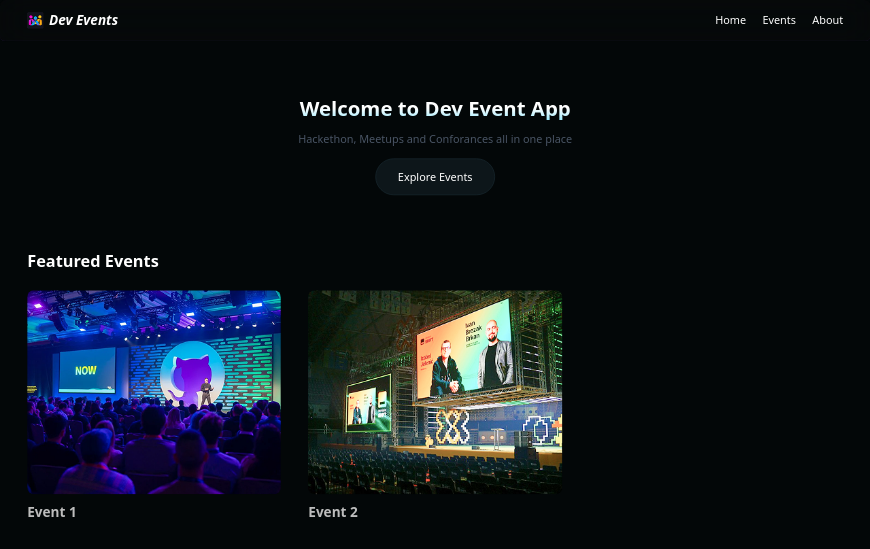
Repository: harshhariyani404/dev-events
Page: /
An editor plug-in stored every save of this project. The page is shown before and after the next save, followed by the edit.
The browser window is 1280 px wide. The pictures show the whole page, at 68% of full size.
The project was rebuilt for these pictures with package versions that can differ from the ones it lists, and the page was loaded fresh each time. The framework's server and built-in components were replaced by stand-ins that run in the browser. Also part of the build but not shown: next.config.ts.

Above is the page before, as saved 2026-02-06 16:00:53.

### app/layout.tsx
import type { Metadata } from "next";
import { Geist, Geist_Mono } from "next/font/google";
import "./globals.css";
import Navbar from "./components/Navbar";

const geistSans = Geist({
  variable: "--font-geist-sans",
  subsets: ["latin"],
});

const geistMono = Geist_Mono({
  variable: "--font-geist-mono",
  subsets: ["latin"],
});

export const metadata: Metadata = {
  title: "Dev Event App",
  description: "Generated by create next app",
};

export default function RootLayout({
  children,
}: Readonly<{
  children: React.ReactNode;
}>) {
  return (
    <html lang="en">
      <body
        className={`${geistSans.variable} ${geistMono.variable} antialiased`}
      >
        <Navbar />
        <main>
          {children}
        </main>

      </body>
    </html>
  );
}

### app/page.tsx
import Exploarbtn from "./components/Exploarbtn";
import EventCard from "./components/EventCard";

const events = [
    {image:'/images/event1.png', title:'Event 1'},
    {image:'/images/event2.png', title:'Event 2'},

]

const page = () => {
  return (
    <section>
      <h1 className="text-3xl font-bold text-center mt-10">Welcome to Dev Event App</h1>
      <p className="text-center mt-4 text-gray-600">Hackethon, Meetups and Conforances all in one place</p>
      <Exploarbtn />
      <div className="mt-20 space-y-7">
        <h3>Featured Events</h3>
        <ul className="events">
          {events.map((event) => (
            <div key={event.title}>
              <EventCard {...event} />
            </div>
          ))}

        </ul>
      </div>
    </section>
  );
}

export default page;

### app/components/Navbar.tsx
import Link from "next/link";
import Image from "next/image";
import logo from '../../public/icons/logo.png';
const Navbar = () => {
  return (
    <header>
        <nav>
            <Link href="/" className="logo">
                <Image src={logo} alt="logo" width={24} height={24} />
                <p>Dev Events</p>
            </Link>
            <ul>
                <Link href="/">Home</Link>
                <Link href="/events">Events</Link>
                <Link href="/about">About</Link>
            </ul>
        </nav>
    </header>
  );
}

export default Navbar;

### app/components/Exploarbtn.tsx
'use client';
import Link from "next/link";
const Exploarbtn = () => {
  return (
    <div>
      <button type="button" id="explore-btn" className="mt-4 mx-auto"  onClick={()=>console.log('hello world')}>
        <Link href='#events'>
            Explore Events
        </Link>
      </button>
    </div>
  );
}

export default Exploarbtn;

### app/components/EventCard.tsx
import Link from "next/link";
import Image from "next/image";
interface Props{
    image:string;
    title:string;
}
const EventCard = ({ title, image }:Props) => {
  return (
    <div>
      <Link href={`/events`} id='event-card'>
        <Image src={image} alt={title} width={400} height={300} className="poster"/>
        <p className="title">{title}</p>
      </Link>
    </div>
  );
}

export default EventCard;

### app/lib/constants.ts
export type EventItems = {
    slug: string;
    image: string;
    title: string;
    location: string;
    date: string;
    time: string;
}


export const events: EventItems[] = [
    {
        slug: "react-conf-2024",
        image: "/images/event1.png",
        title: "React Conf 2024",
        location: "San Francisco, CA",
        date: "March 15, 2024",
        time: "9:00 AM - 6:00 PM",
    },
    {
        slug: "nextjs-summit",
        image: "/images/event2.png",
        title: "Next.js Summit",
        location: "Austin, TX",
        date: "April 22, 2024",
        time: "10:00 AM - 5:00 PM",
    },
    {
        slug: "javascript-world",
        image: "/images/event3.png",
        title: "JavaScript World Conference",
        location: "New York, NY",
        date: "May 8, 2024",
        time: "8:30 AM - 7:00 PM",
    },
    {
        slug: "ai-hackathon-2024",
        image: "/images/event4.png",
        title: "AI Innovation Hackathon",
        location: "Seattle, WA",
        date: "June 14-16, 2024",
        time: "48 Hours",
    },
    {
        slug: "web3-developer-meetup",
        image: "/images/event5.png",
        title: "Web3 Developer Meetup",
        location: "Miami, FL",
        date: "July 20, 2024",
        time: "6:00 PM - 9:00 PM",
    },
    {
        slug: "fullstack-conference",
        image: "/images/event6.png",
        title: "Full Stack Conference",
        location: "Denver, CO",
        date: "August 12, 2024",
        time: "9:00 AM - 6:00 PM",
    },
    {
        slug: "devops-unleashed",
        image: "/images/event1.png",
        title: "DevOps Unleashed",
        location: "Chicago, IL",
        date: "September 5, 2024",
        time: "8:00 AM - 5:30 PM",
    },
    {
        slug: "mobile-dev-summit",
        image: "/images/event2.png",
        title: "Mobile Development Summit",
        location: "Los Angeles, CA",
        date: "October 18, 2024",
        time: "9:30 AM - 6:00 PM",
    },
    {
        slug: "cybersecurity-conference",
        image: "/images/event3.png",
        title: "Cybersecurity Conference",
        location: "Boston, MA",
        date: "November 2, 2024",
        time: "8:00 AM - 7:00 PM",
    },
    {
        slug: "data-science-hackathon",
        image: "/images/event4.png",
        title: "Data Science Hackathon",
        location: "San Diego, CA",
        date: "December 7-9, 2024",
        time: "72 Hours",
    },
    {
        slug: "cloud-native-meetup",
        image: "/images/event5.png",
        title: "Cloud Native Meetup",
        location: "Portland, OR",
        date: "January 15, 2025",
        time: "6:30 PM - 9:00 PM",
    },
    {
        slug: "frontend-masters",
        image: "/images/event6.png",
        title: "Frontend Masters Conference",
        location: "Nashville, TN",
        date: "February 28, 2025",
        time: "9:00 AM - 5:00 PM",
    },
];

Loaded but not shown: app/globals.css (common file)

After the next save:
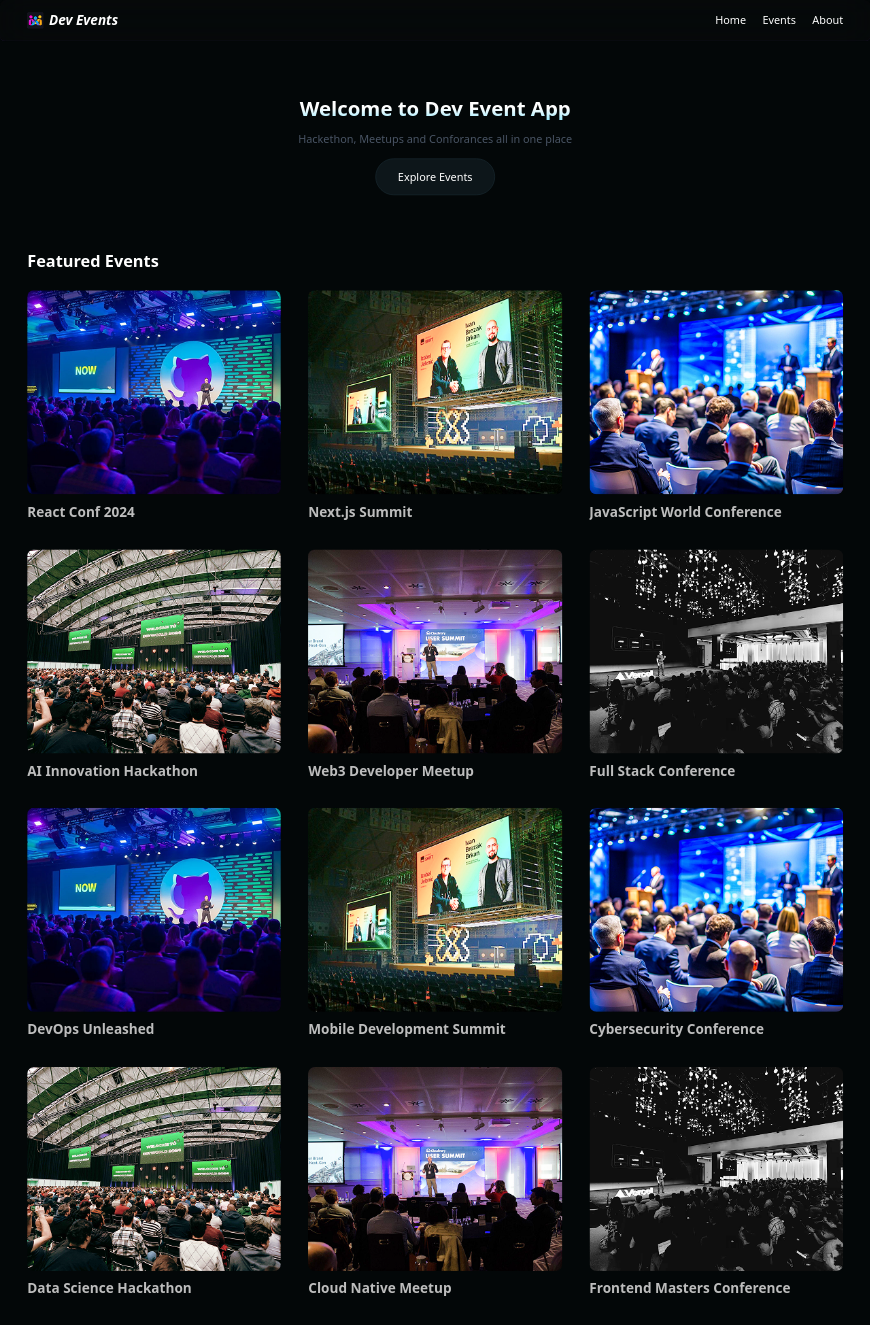
Saved 45 s later.
--- a/app/page.tsx
+++ b/app/page.tsx
@@ -1,11 +1,6 @@
 import Exploarbtn from "./components/Exploarbtn";
 import EventCard from "./components/EventCard";
-
-const events = [
-    {image:'/images/event1.png', title:'Event 1'},
-    {image:'/images/event2.png', title:'Event 2'},
-
-]
+import { events } from "./lib/constants";
 
 const page = () => {
   return (
